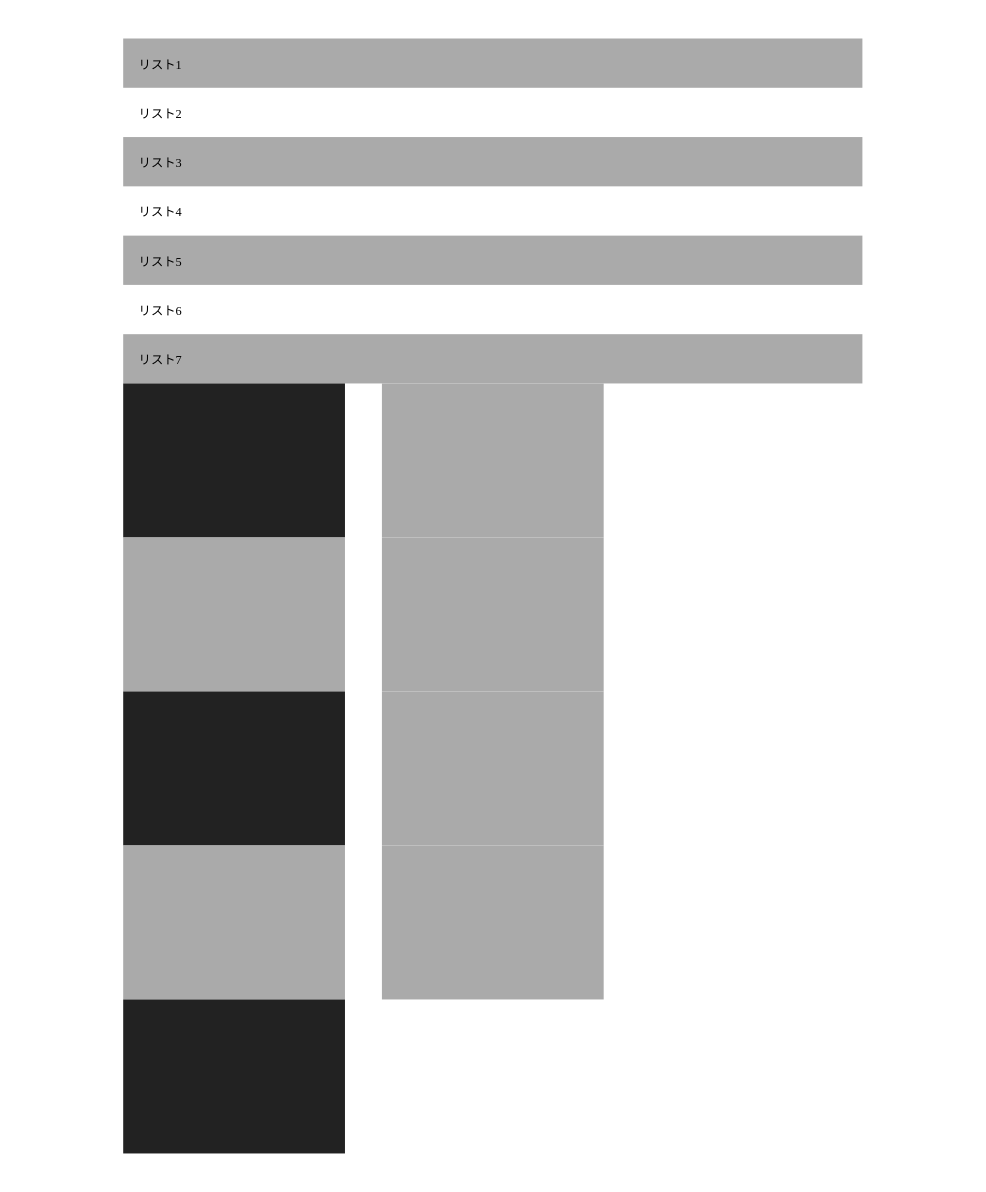
Repository: Y-takumi0/DMMwebcamp
Page: exercise/chapter8.html
The author's editor kept a record of every edit. The page is drawn from the files as they stood at one moment, then again after the next edit.
The browser window is 1280 px wide. The pictures show the whole page, at 77% of full size.

Above is the page before.

After the next edit:
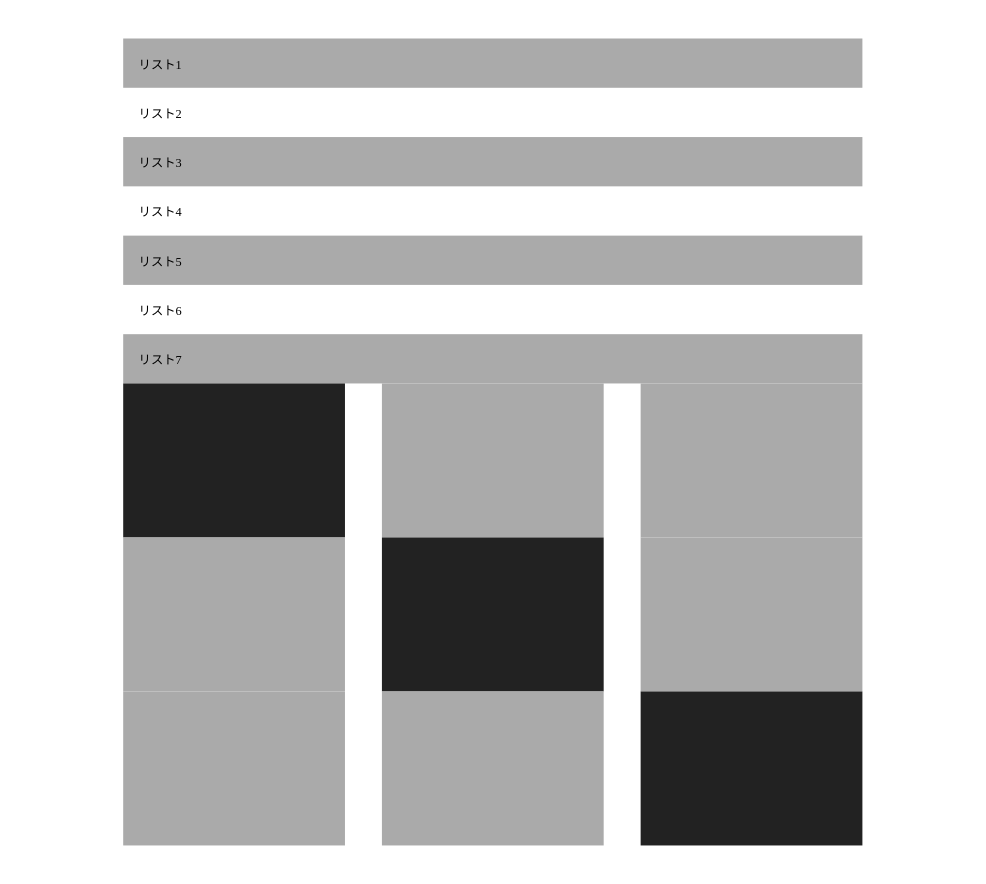
The edit:
--- a/exercise/chapter8.css
+++ b/exercise/chapter8.css
@@ -40,3 +40,7 @@
 .box:last-child {
   background-color: #222;
 }
+
+.box:nth-child(3n) {
+  margin-right: 0;
+}
